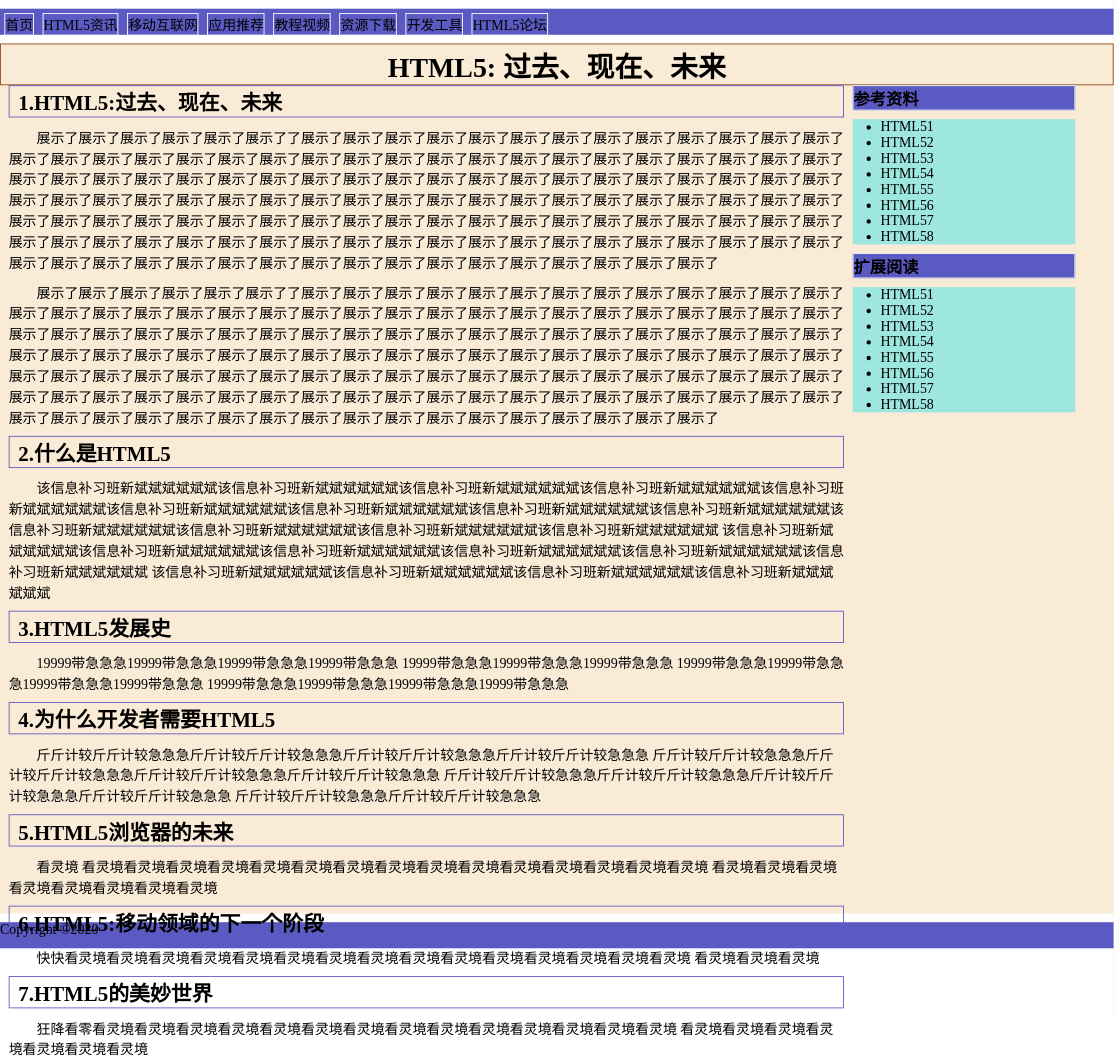
Repository: LstHeart/html-learning
Page: css/案例作业2.html
The author's editor kept a copy of each file at every save. The page is drawn from the files as they stood at one save, then again after the next save.
The browser window is 1280 px wide. The pictures show the whole page, at 87% of full size.

Above is the page before, as saved 2021-01-05 22:25:04.

After the next save:
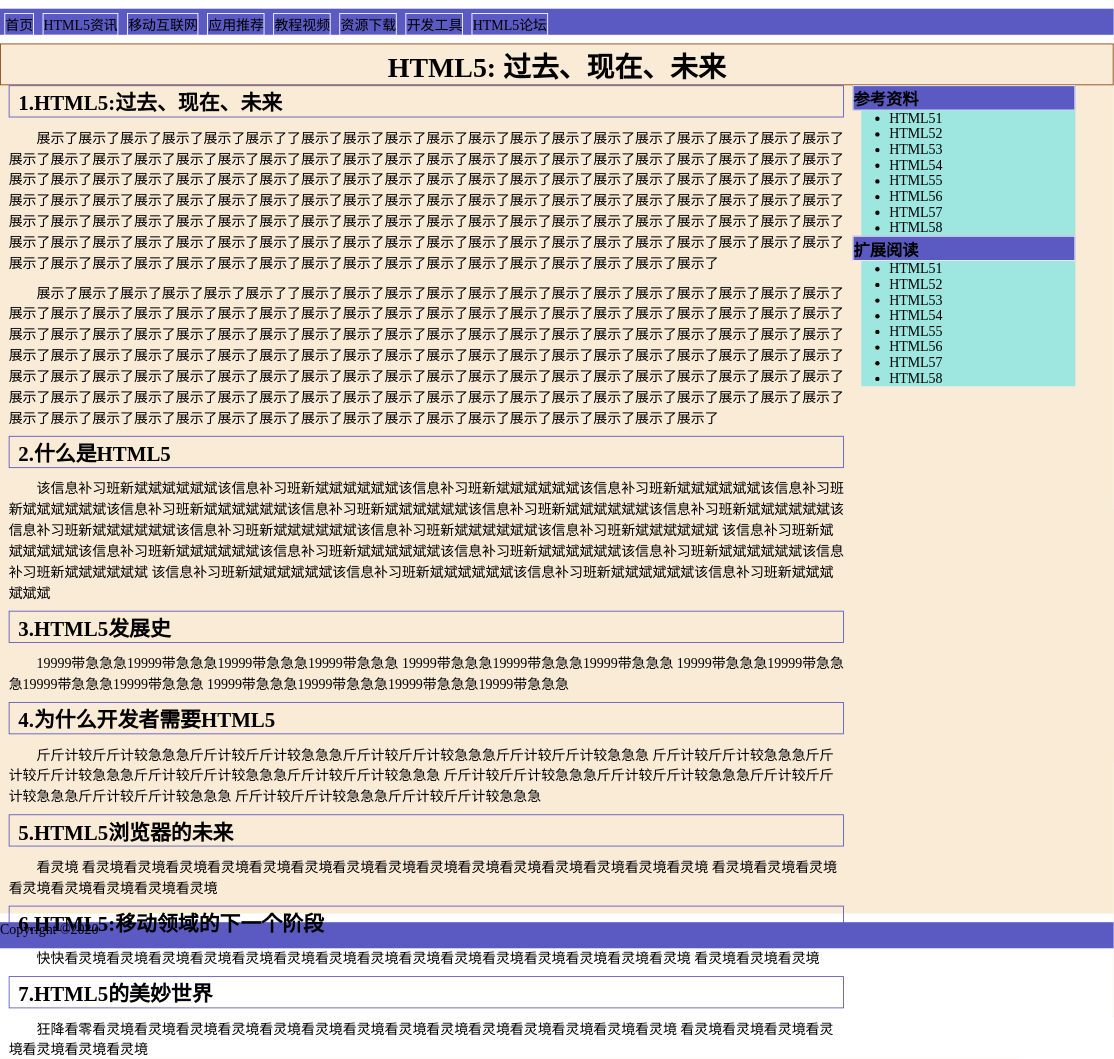
Saved 30 s later.
--- a/css/html5.css
+++ b/css/html5.css
@@ -65,7 +65,7 @@ a{
 }
 .content ul{
     background-color: #9ee7e1;
-    margin: 10px 0;
+    margin:0 0 0 10px;
 }
 .content ul li{
     list-style:disc;
